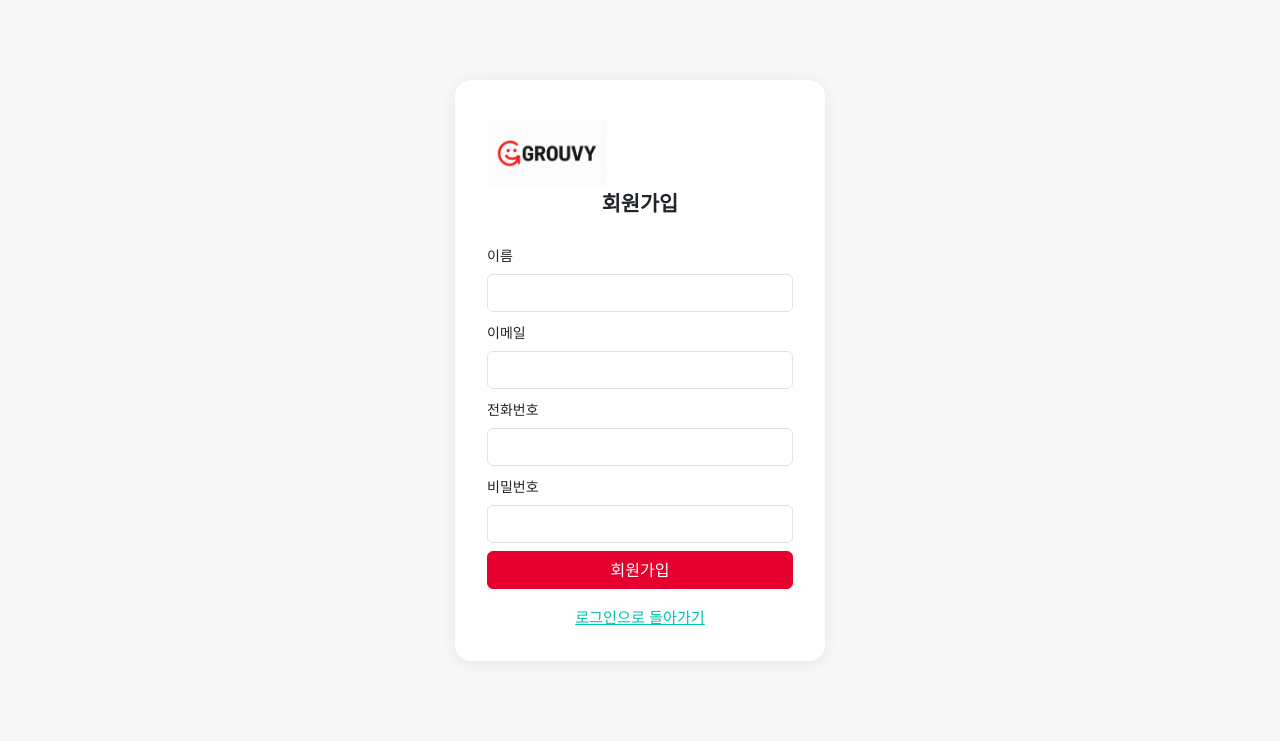
Repository: hyunbin7664/web-java-workspace
Page: groupware/src/main/webapp/sign_up.html
An editor plug-in stored every save of this project. The page is shown before and after the next save, followed by the edit.
The browser window is 1280 px wide. The pictures show the whole page.

Above is the page before, as saved 2025-07-11 02:06:21.

### groupware/src/main/webapp/sign_up.html
<!DOCTYPE html>
<html lang="ko">
<head>
<meta charset="UTF-8">
<title>GROUVY 회원가입</title>
<meta name="viewport" content="width=device-width, initial-scale=1">
<link
	href="https://cdn.jsdelivr.net/npm/bootstrap@5.3.2/dist/css/bootstrap.min.css"
	rel="stylesheet">
<style>
body {
	background: #f7f7f7;
}

.auth-card {
	width: 100%;
	max-width: 370px;
	border-radius: 16px;
	box-shadow: 0 2px 16px rgba(0, 0, 0, 0.07);
	padding: 2.5rem 2rem 2rem 2rem;
	background: #fff;
	margin: 80px auto;
}

.auth-logo {
	display: block;
	width: 120px;
}

.auth-title {
	font-size: 1.3rem;
	font-weight: bold;
	text-align: center;
	margin-bottom: 1.5rem;
}

.auth-link {
	color: #00c3aa;
	cursor: pointer;
	text-decoration: underline;
	font-size: 0.95rem;
}

.btn-grouvy {
	background-color: #e6002d; /* 붉은 계열 색상 */
	border-color: #e6002d;
	color: #fff;
	font-weight: 500;
}
</style>
</head>
<body>
	<div class="auth-card">
		<img src="grouvy_logo.jpg" alt="GROUVY 로고" class="auth-logo">
		<div class="auth-title">회원가입</div>
		<form action="login.html" method="get">
			<div class="mb-2">
				<label for="signupName" class="form-label small">이름</label>
				<input type="text" class="form-control" id="signupName" required>
			</div>
			<div class="mb-2">
				<label for="signupEmail" class="form-label small">이메일</label>
				<input type="email" class="form-control" id="signupEmail" required>
			</div>
			<div class="mb-2">
				<label for="signupPhone" class="form-label small">전화번호</label>
				<input type="tel" class="form-control" id="signupPhone" required>
			</div>
			<div class="mb-2">
				<label for="signupPw" class="form-label small">비밀번호</label> <input
					type="password" class="form-control" id="signupPw" required>
			</div>
			<button type="submit" class="btn btn-grouvy w-100 mb-2">회원가입</button>
		</form>
		<div class="text-center mt-2">
			<a href="login.html" class="auth-link">로그인으로 돌아가기</a>
		</div>
	</div>
</body>
</html>

After the next save:
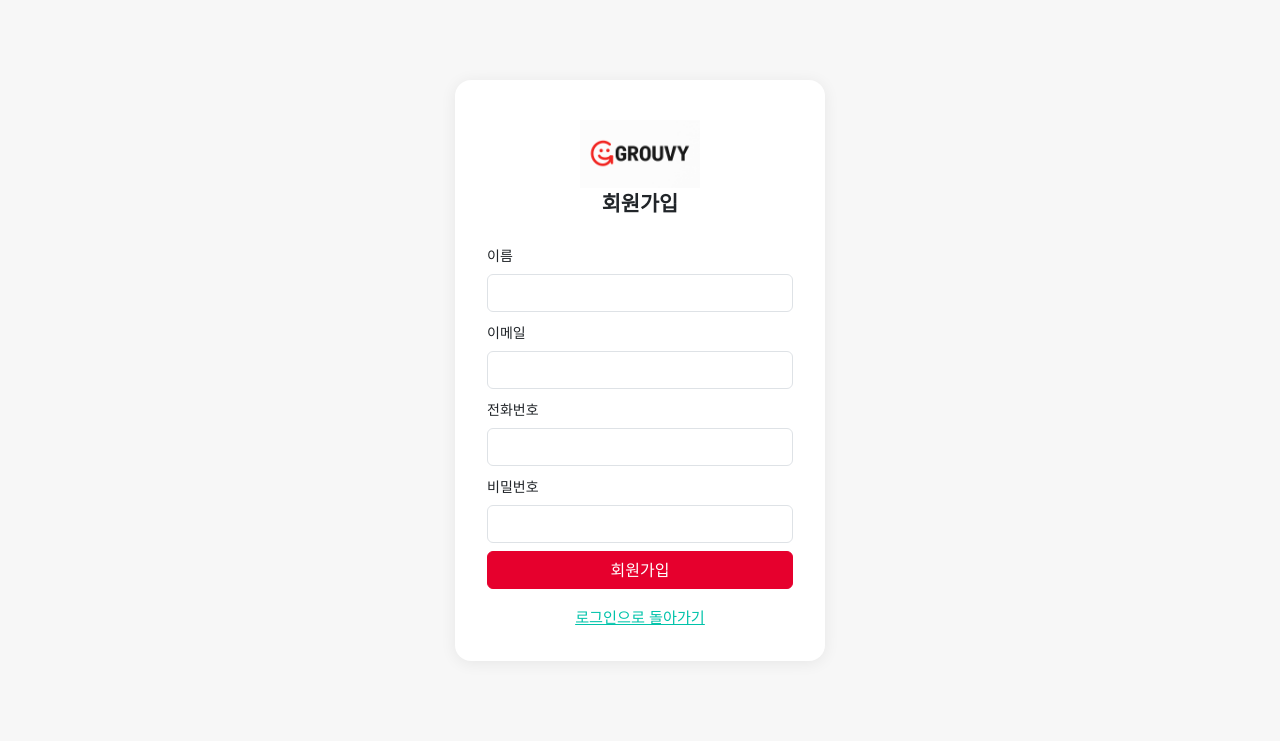
Saved 9 s later.
--- a/groupware/src/main/webapp/sign_up.html
+++ b/groupware/src/main/webapp/sign_up.html
@@ -24,6 +24,7 @@ body {
 
 .auth-logo {
 	display: block;
+	margin: 0 auto 0 auto;
 	width: 120px;
 }
 
